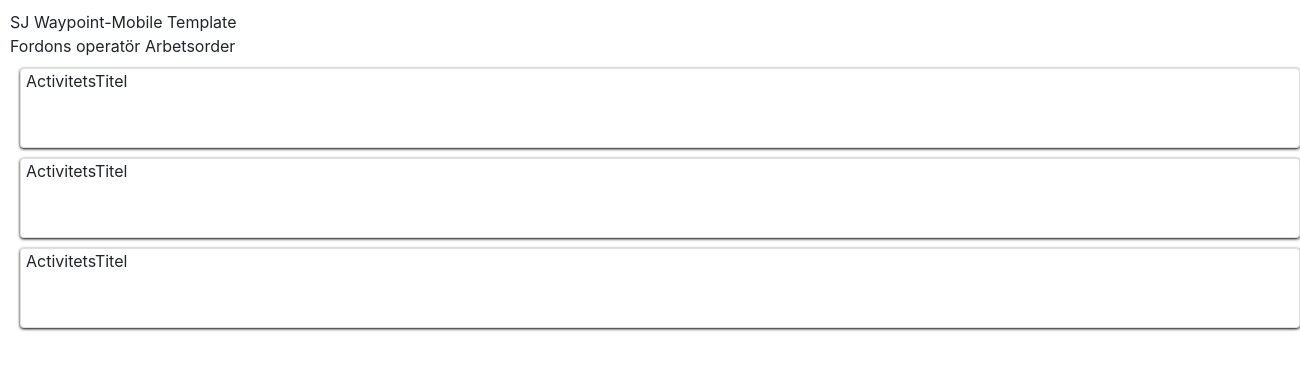
Repository: AdrianaLarsson/yarn-next-typescript
Page: /
An editor plug-in stored every save of this project. The page is shown before and after a run of saves, followed by the edit.
The browser window is 1280 px wide. The page is 1300 px wide, then 1280 px, so the pictures cover 1300 px, including what lies to the right of the window. The pictures show the whole page.
The project was rebuilt for these pictures with package versions that can differ from the ones it lists, and the page was loaded fresh each time. The framework's server and built-in components were replaced by stand-ins that run in the browser.

Above is the page before, as saved 2021-02-28 11:47:51.

After the next 4 saves:
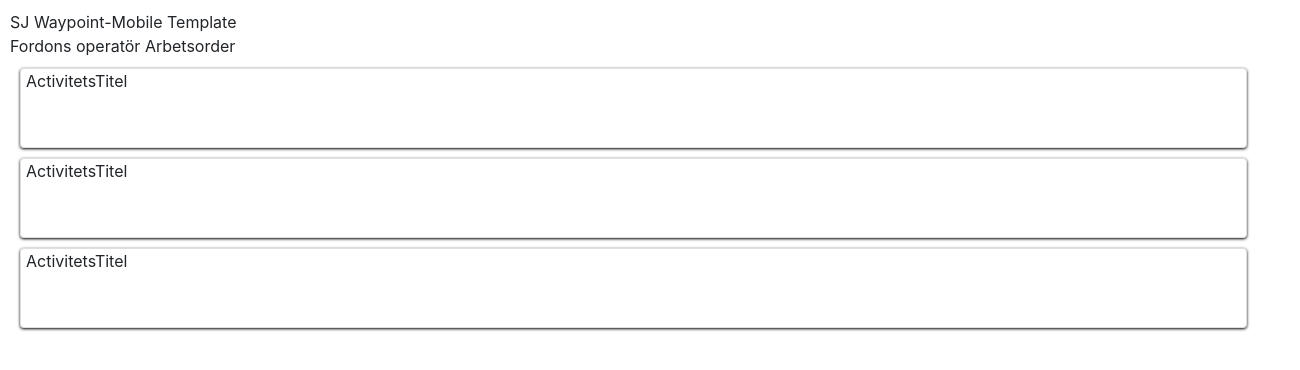
The 4 saves are shown as one change because they came seconds apart.
The last was saved 10 s later.
--- a/components/organisms/Card/Card.tsx
+++ b/components/organisms/Card/Card.tsx
@@ -14,7 +14,7 @@ background-color: rgba(0,0,0,0.0);
 box-shadow: 0 1px 3px 0 rgba(0,0,0, 1.5);
 border-radius: 4px;
 @media (min-width: 1024px) {
-    width: ${px2vw(120, 120)};
+    width: ${px2vw(115, 120)};
   }
 `;
 export default StyledCard;
